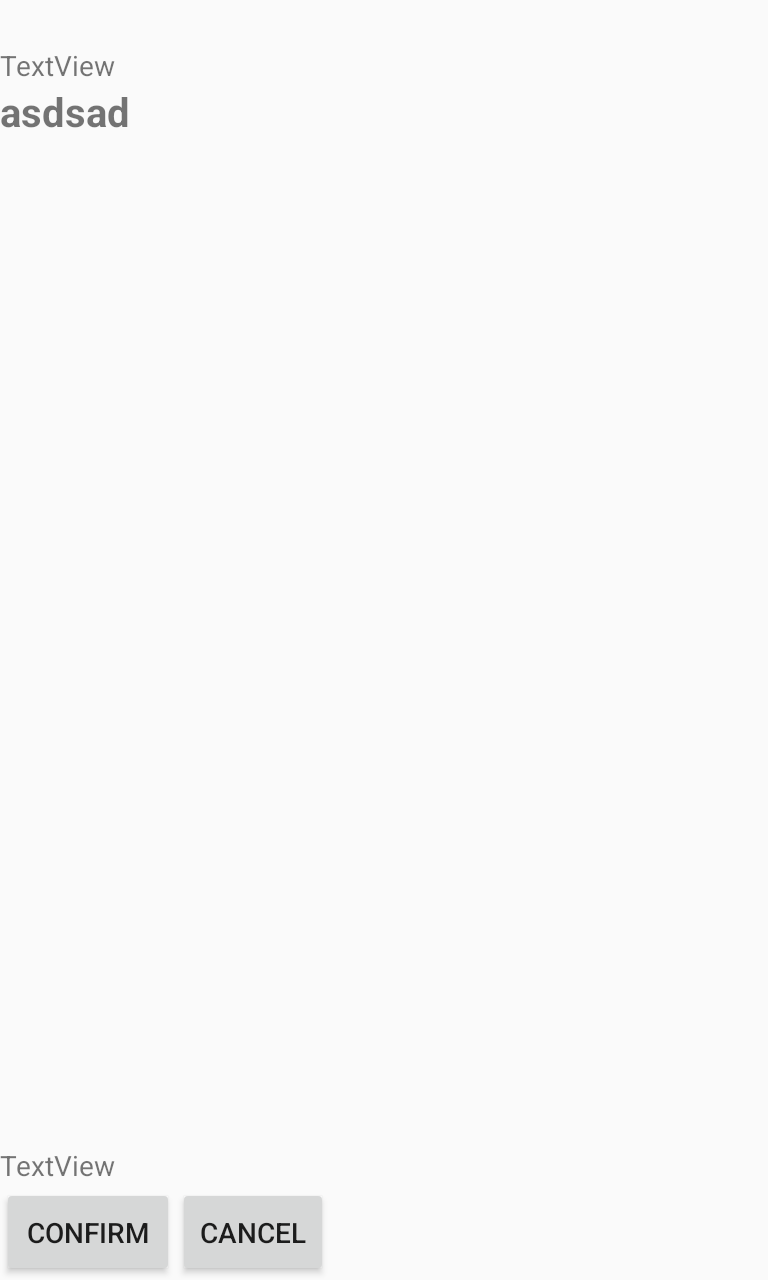
Repository: TeamZhao/Assignment-Tracker
Layout: AssignmentTracker/res/layout/activity_delete_semester_confirmation.xml
The author's editor kept a copy of each file at every save. The layout is drawn from the files as they stood at one save, then again after the next save.
It is drawn on a 768 x 1280 px phone screen (xhdpi) without system bars, with theme AppTheme; the app's code is not run.

Above is the layout before, as saved 2014-11-15 06:11:29.

After the next save:
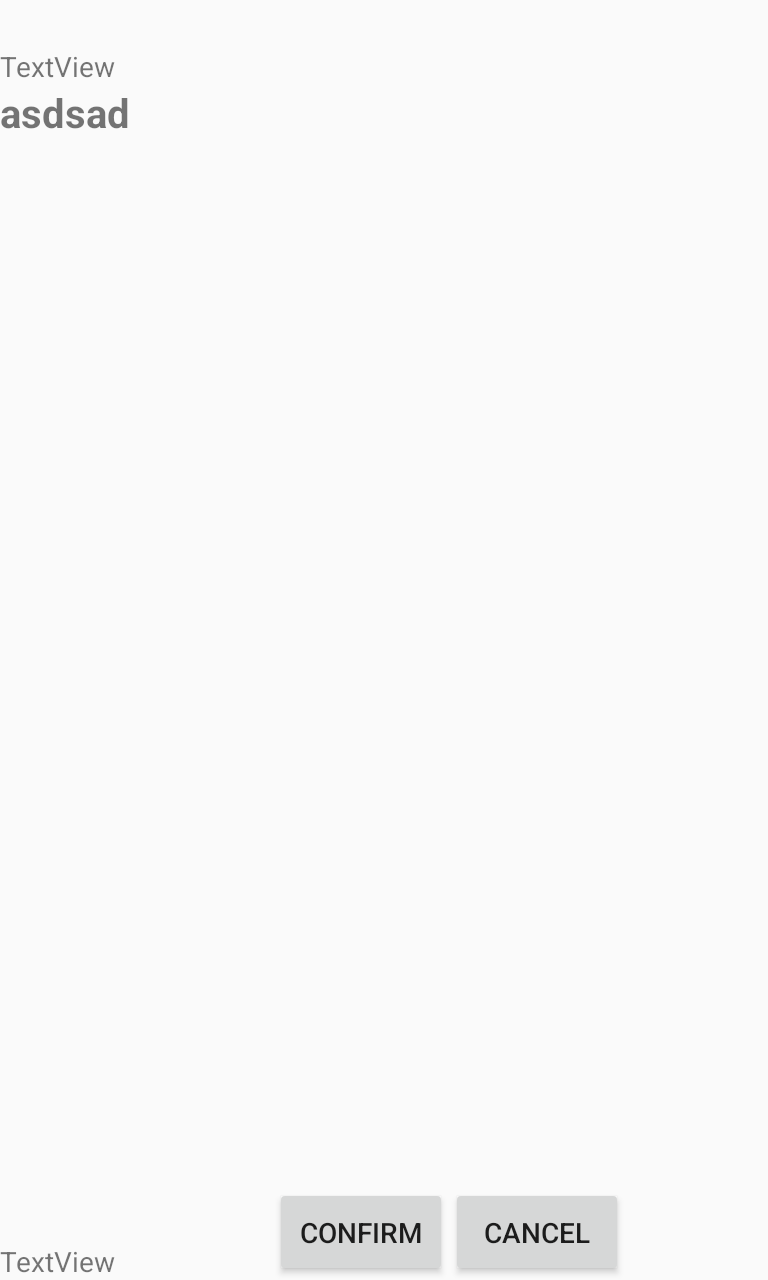
Saved 79 s later.
--- a/AssignmentTracker/res/layout/activity_delete_semester_confirmation.xml
+++ b/AssignmentTracker/res/layout/activity_delete_semester_confirmation.xml
@@ -63,12 +63,7 @@
         android:layout_width="wrap_content"
         android:layout_height="wrap_content"
         android:layout_weight="1"
-        android:gravity="bottom|center|left" >
-
-        <LinearLayout
-            android:layout_width="wrap_content"
-            android:layout_height="wrap_content"
-            android:orientation="vertical" >
+        android:gravity="bottom|center|" >
 
             <TextView
                 android:id="@+id/textView_ContinueNotice"
@@ -86,18 +81,17 @@
                     android:id="@+id/btn_deleteSem"
                     android:layout_width="wrap_content"
                     android:layout_height="wrap_content"
-                    android:layout_weight="1"
+
                     android:text="@string/confirm" />
 
                 <Button
                     android:id="@+id/btn_cancelDeleteSem"
                     android:layout_width="wrap_content"
                     android:layout_height="wrap_content"
-                    android:layout_weight="1"
-                    android:minWidth="24dip"
+
                     android:text="@string/cancel" />
             </LinearLayout>
-        </LinearLayout>
+
     </TableRow>
 
 </TableLayout>
